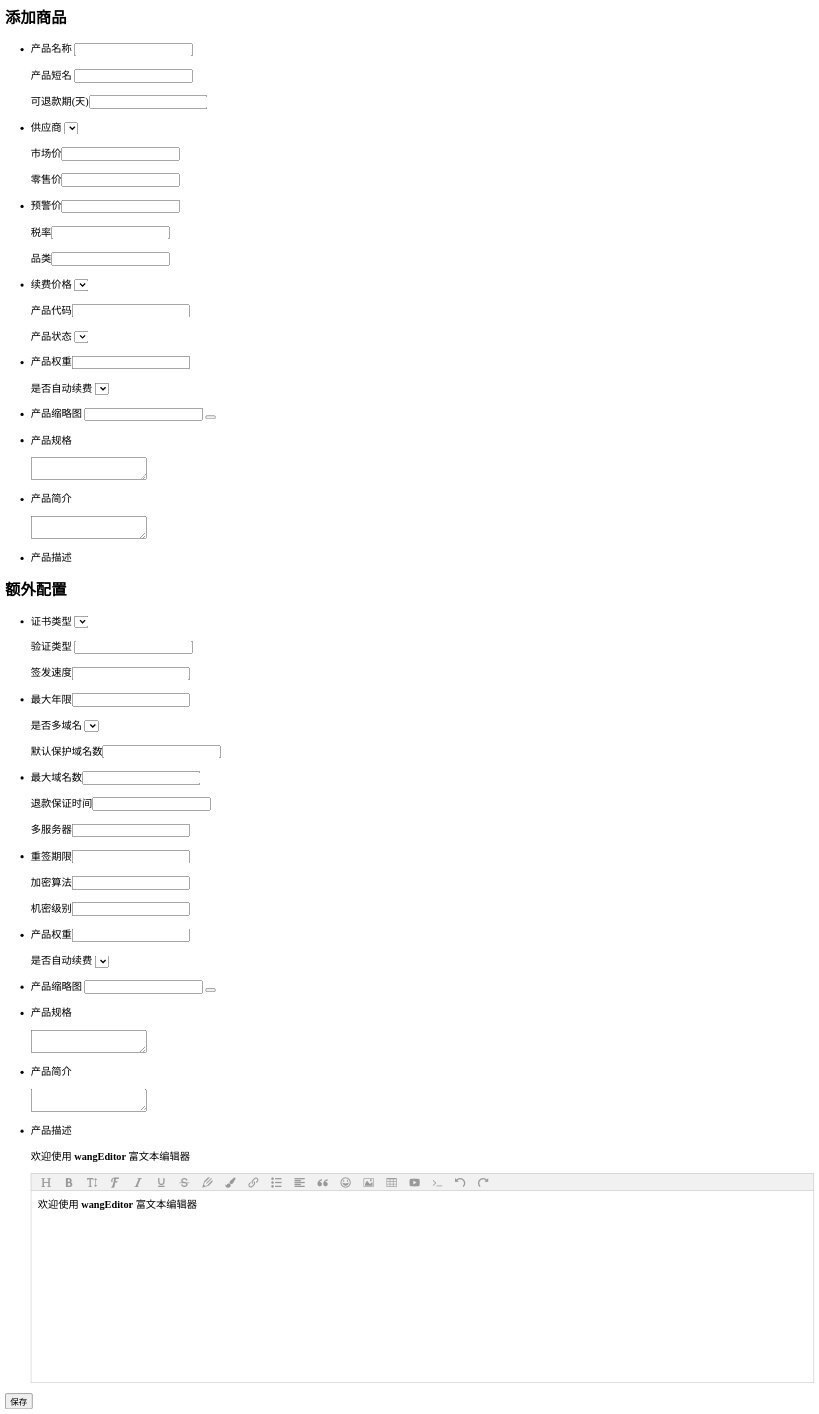
Repository: wangyan466393/racentSystem
Page: addProduct.html
An editor plug-in stored every save of this project. The page is shown before and after the next save, followed by the edit.
The browser window is 1280 px wide. The pictures show the whole page, at 64% of full size.

Above is the page before, as saved 2020-08-19 21:49:53.

### addProduct.html
<div id="content_box">
    <h2>添加商品</h2>
    <div class="config_box">
        <div class="price_content">
            <ul>
                <li>
                    <p>
                        <span>产品名称</span>
                        <input type="text" >
                    </p>
                    <p>
                        <span>产品短名</span>
                        <input type="text" >
                    </p>
                    <p>
                        <span>可退款期(天)</span><input type="number" >
                    </p>
                </li>
                <li>
                    <p>
                        <span>供应商</span>
                        <select name="" id="" class="sel">
                            <option value=""></option>
                        </select>
                    </p>
                    <p>
                        <span>市场价</span><input type="number" >
                    </p>
                    <p>
                        <span>零售价</span><input type="number" >
                    </p>
                </li>
                <li>
                    <p>
                        <span>预警价</span><input type="number" >
                    </p>
                    <p>
                        <span>税率</span><input type="number" >
                    </p>
                    <p>
                        <span>品类</span><input type="text" >
                    </p>
                </li>
                <li>
                    <p>
                        <span>续费价格</span>
                        <select name="" id="" class="sel">
                            <option value=""></option>
                        </select>
                    </p>
                    <p>
                        <span>产品代码</span><input type="text" >
                    </p>
                    <p>
                        <span>产品状态</span>
                        <select name="" id="" class="sel">
                            <option value=""></option>
                        </select>
                    </p>
                </li>
                <li>

                    <p>
                        <span>产品权重</span><input type="text">
                    </p>
                    <p>
                        <span>是否自动续费</span>
                        <select name="" id="" class="sel">
                            <option value=""></option>
                        </select>
                    </p>
                    <p></p>
                </li>
                <li>
                    <p class="thumb_box">
                        <span>产品缩略图</span>
                        <label class="input_group">
                            <input type="text" class="form-control">
                            <span class="input-group-btn">
                                <button type="button" class="btn"></button>
                            </span>
                        </label>
                    </p>
                </li>
                <li>
                    <p> <span>产品规格</span></p>
                    <textarea class="e_content description"></textarea>
                </li>
                <li>
                    <p> <span>产品简介</span></p>
                    <textarea class="e_content description"></textarea>

                </li>
                <li>
                    <p> <span>产品描述</span></p>
                    <div id="editor" style="width: 100%;">
                        <p>欢迎使用 <b>wangEditor</b> 富文本编辑器</p>
                    </div>

                </li>
            </ul>
        </div>
    </div>

    <h2>额外配置</h2>
    <div class="config_box">
        <div class="price_content">
            <ul>
                <li>
                    <p>
                        <span>证书类型</span>
                        <select name="" id="" class="sel">
                            <option value=""></option>
                        </select>
                    </p>
                    <p>
                        <span>验证类型</span>
                        <input type="text" >
                    </p>
                    <p>
                        <span>签发速度</span><input type="text" >
                    </p>
                </li>
                <li>

                    <p>
                        <span>最大年限</span><input type="text" >
                    </p>
                    <p>
                        <span>是否多域名</span>
                        <select name="" id="" class="sel">
                            <option value=""></option>
                        </select>
                    </p>
                    <p>
                        <span>默认保护域名数</span><input type="text" >
                    </p>
                </li>
                <li>
                    <p>
                        <span>最大域名数</span><input type="text" >
                    </p>
                    <p>
                        <span>退款保证时间</span><input type="text" >
                    </p>
                    <p>
                        <span>多服务器</span><input type="text" >
                    </p>
                </li>
                <li>
                    <p>
                        <span>重签期限</span><input type="text" >
                    </p>
                    <p>
                        <span>加密算法</span><input type="text" >
                    </p>
                    <p>
                        <span>机密级别</span><input type="text" >
                    </p>
                </li>
                <li>

                    <p>
                        <span>产品权重</span><input type="text">
                    </p>
                    <p>
                        <span>是否自动续费</span>
                        <select name="" id="" class="sel">
                            <option value=""></option>
                        </select>
                    </p>
                    <p></p>
                </li>
                <li>
                    <p class="thumb_box">
                        <span>产品缩略图</span>
                        <label class="input_group">
                            <input type="text" class="form-control">
                            <span class="input-group-btn">
                                <button type="button" class="btn"></button>
                            </span>
                        </label>
                    </p>
                </li>
                <li>
                    <p> <span>产品规格</span></p>
                    <textarea class="e_content description"></textarea>
                </li>
                <li>
                    <p> <span>产品简介</span></p>
                    <textarea class="e_content description"></textarea>

                </li>
                <li>
                    <p> <span>产品描述</span></p>
                    <div id="editor" style="width: 100%;">
                        <p>欢迎使用 <b>wangEditor</b> 富文本编辑器</p>
                    </div>

                </li>
            </ul>
        </div>
    </div>
</div>
<div class="email_back_btn">
    <button type="button">保存</button>
</div>







<script src="js/wangEditor.min.js"></script>

<script>

    var E = window.wangEditor
    var editor = new E('#editor')
    // 或者 var editor = new E( document.getElementById('editor') )
    editor.customConfig.menus = [
        'head',  // 标题
        'bold',  // 粗体
        'fontSize',  // 字号
        'fontName',  // 字体
        'italic',  // 斜体
        'underline',  // 下划线
        'strikeThrough',  // 删除线
        'foreColor',  // 文字颜色
        'backColor',  // 背景颜色
        'link',  // 插入链接
        'list',  // 列表
        'justify',  // 对齐方式
        'quote',  // 引用
        'emoticon',  // 表情
        'image',  // 插入图片
        'table',  // 表格
        'video',  // 插入视频
        'code',  // 插入代码
        'undo',  // 撤销
        'redo'  // 重复
    ]
    editor.create()
</script>

Loaded but not shown: js/wangEditor.min.js (library)

After the next save:
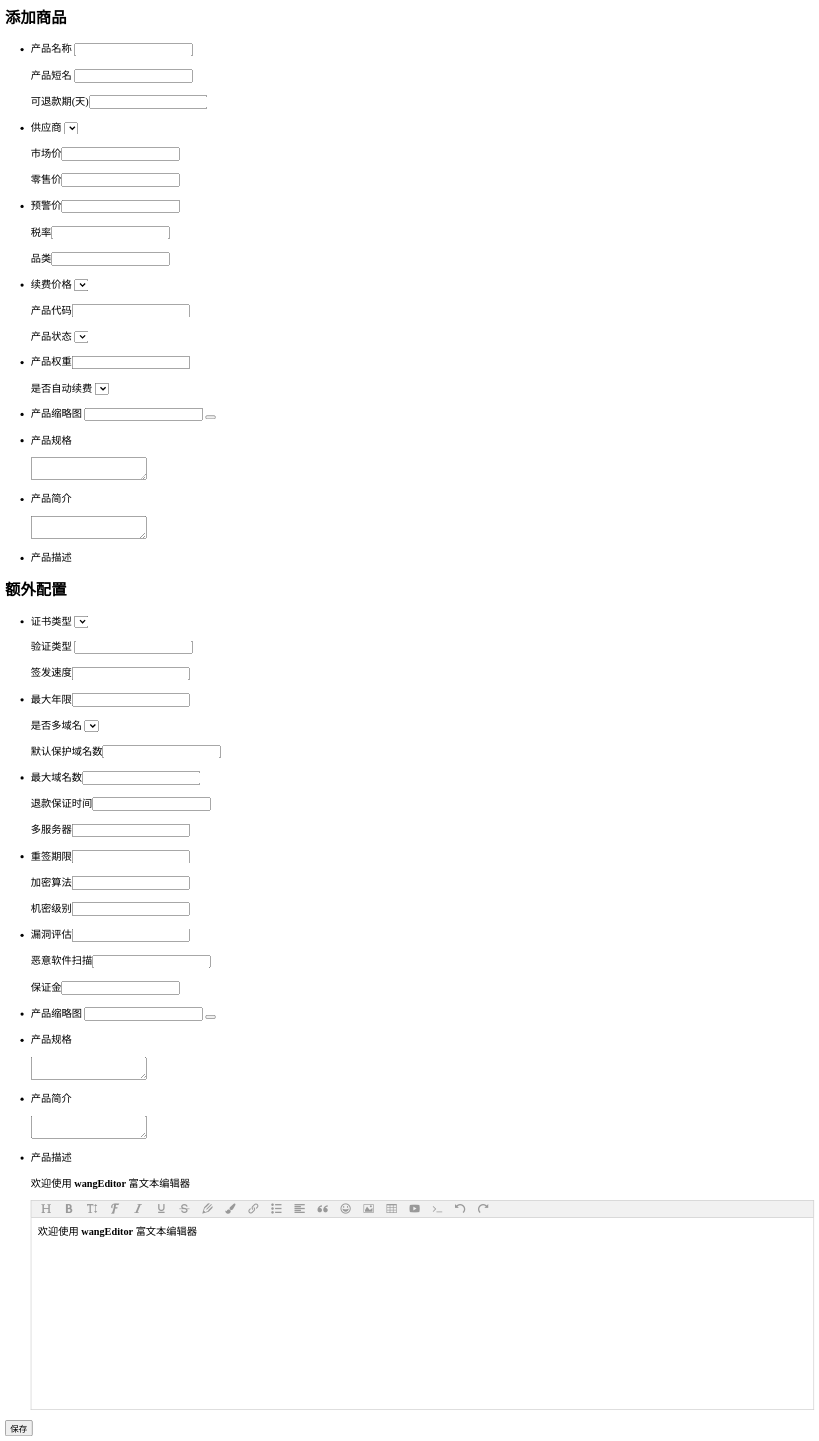
Saved 33 s later.
--- a/addProduct.html
+++ b/addProduct.html
@@ -159,17 +159,15 @@
                     </p>
                 </li>
                 <li>
-
-                    <p>
-                        <span>产品权重</span><input type="text">
-                    </p>
-                    <p>
-                        <span>是否自动续费</span>
-                        <select name="" id="" class="sel">
-                            <option value=""></option>
-                        </select>
-                    </p>
-                    <p></p>
+                    <p>
+                        <span>漏洞评估</span><input type="text" >
+                    </p>
+                    <p>
+                        <span>恶意软件扫描</span><input type="text" >
+                    </p>
+                    <p>
+                        <span>保证金</span><input type="text" >
+                    </p>
                 </li>
                 <li>
                     <p class="thumb_box">
